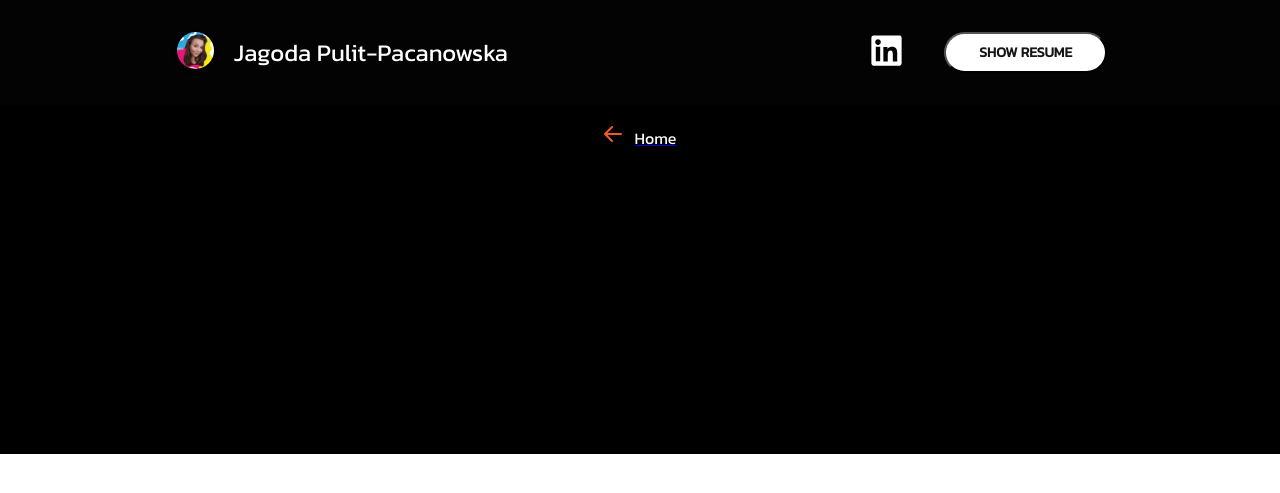
Repository: remigiuszpulit/ux-ui-portfolio
Page: /dimarkit
These files come from the project's save history. The page is drawn as it stood at one moment and after the next save; the edit follows.
The browser window is 1280 px wide. The pictures show the whole page.
The project was rebuilt for these pictures with package versions that can differ from the ones it lists, and the page was loaded fresh each time. Also part of the build but not shown: src/components/Card.js, src/pages/index.js.

Above is the page before, as saved 2022-10-03 20:04:49.

### public/index.html
<!DOCTYPE html>
<html lang="en">
  <head>
    <meta charset="utf-8" />
    <link rel="icon" href="%PUBLIC_URL%/avatar.svg" />
    <meta name="viewport" content="width=device-width, initial-scale=1" />
    <meta name="theme-color" content="#000000" />
    <meta
      name="description"
      content="Web site created using create-react-app"
    />
    <link rel="apple-touch-icon" href="%PUBLIC_URL%/avatar.svg" />
    <!--
      manifest.json provides metadata used when your web app is installed on a
      user's mobile device or desktop. See https://developers.google.com/web/fundamentals/web-app-manifest/
    -->
    <link rel="manifest" href="%PUBLIC_URL%/manifest.json" />
    <!--
      Notice the use of %PUBLIC_URL% in the tags above.
      It will be replaced with the URL of the `public` folder during the build.
      Only files inside the `public` folder can be referenced from the HTML.

      Unlike "/favicon.ico" or "favicon.ico", "%PUBLIC_URL%/favicon.ico" will
      work correctly both with client-side routing and a non-root public URL.
      Learn how to configure a non-root public URL by running `npm run build`.
    -->
    <title>Jagoda Pulit UX/UI Portfolio</title>
  </head>
  <body>
    <noscript>You need to enable JavaScript to run this app.</noscript>
    <div id="root"></div>
    <!--
      This HTML file is a template.
      If you open it directly in the browser, you will see an empty page.

      You can add webfonts, meta tags, or analytics to this file.
      The build step will place the bundled scripts into the <body> tag.

      To begin the development, run `npm start` or `yarn start`.
      To create a production bundle, use `npm run build` or `yarn build`.
    -->
  </body>
</html>

### src/index.js
import React from "react";
import ReactDOM from "react-dom/client";
import "./index.css";
import App from "./App";
import reportWebVitals from "./reportWebVitals";

const root = ReactDOM.createRoot(document.getElementById("root"));
root.render(
  // <React.StrictMode>
  <App />
  // </React.StrictMode> */
);

// If you want to start measuring performance in your app, pass a function
// to log results (for example: reportWebVitals(console.log))
// or send to an analytics endpoint. Learn more: https://bit.ly/CRA-vitals
reportWebVitals();

### src/App.js
import { BrowserRouter, Routes, Route, useLocation } from "react-router-dom";
import Navbar from "./components/Navbar";
import GlobalStyle from "./globalStyles";
import Index from "./pages";
import Dimark from "./pages/dimark";

function App() {
  return (
    <>
      <GlobalStyle />
      <BrowserRouter>
        <Navbar />
        <Routes>
          <Route path="/" element={<Index />} />
          <Route path="/dimarkit" element={<Dimark />} />
        </Routes>
      </BrowserRouter>
    </>
  );
}

export default App;

### src/components/Navbar.js
import React from "react";
import styled from "styled-components";
import avatar from "../static/avatar.svg";
import LinkedinIcon from "../static/LinkedinIcon.svg";
import LinkedinIconWhite from "../static/LinkedinIconWhite.svg";
import "@fontsource/kanit";
import { useLocation } from "react-router-dom";

function Navbar() {
  const location = useLocation();
  const isLight = location.pathname != "/";
  return (
    <NavContainer>
      <NavWrapper>
        <ItemsWrapper>
          <img src={avatar} alt="Avatar" />
          <LogoText isLight={isLight}>Jagoda Pulit-Pacanowska</LogoText>
        </ItemsWrapper>
        <ItemsWrapper>
          <a
            href="https://www.linkedin.com/in/jagoda-pulit/"
            target={"_blank"}
            rel="noreferrer"
          >
            <img
              src={isLight ? LinkedinIconWhite : LinkedinIcon}
              alt="LinkedinIcon"
            />
          </a>
          <ResumeButton isLight={isLight}>
            <ResumeButtonText isLight={isLight}>show resume</ResumeButtonText>
          </ResumeButton>
        </ItemsWrapper>
      </NavWrapper>
    </NavContainer>
  );
}

export default Navbar;

const NavContainer = styled.nav`
  height: 105px;
  background: rgba(232, 228, 222, 0.01);
  backdrop-filter: blur(3px);
  position: fixed;
  display: flex;
  width: 100%;
  justify-content: center;
`;

const NavWrapper = styled.div`
  width: 73%;
  display: flex;
  justify-content: center;
  align-items: center;
  flex-direction: column;
  @media (min-width: 768px) {
    justify-content: space-between;
    flex-direction: row;
    width: 73%;
  }
`;
const ItemsWrapper = styled.div`
  display: flex;
  align-items: center;
`;
const LogoText = styled.h3`
  margin-left: 16px;
  font-family: "Kanit";
  font-style: normal;
  font-weight: 500;
  font-size: 16px;
  @media (min-width: 768px) {
    font-size: 24px;
  }
  line-height: 124%;
  color: #161616;
  ${({ isLight }) =>
    isLight &&
    `
    color: white;
  `}
`;

const ResumeButton = styled.button`
  display: flex;
  flex-direction: row;
  width: 163px;
  height: 41px;
  justify-content: center;
  margin-left: 42px;
  align-items: center;
  padding: 10px;
  background: #161616;
  border-radius: 159px;
  ${({ isLight }) =>
    isLight &&
    `
    background: white;
  `}
`;

const ResumeButtonText = styled.h4`
  font-family: "Kanit";
  font-style: normal;
  font-weight: 600;
  font-size: 14px;
  line-height: 21px;
  /* identical to box height */

  text-transform: uppercase;

  color: #ffffff;

  /* Inside auto layout */
  ${({ isLight }) =>
    isLight &&
    `
    color: #161616;
  `}

  flex: none;
  order: 0;
  flex-grow: 0;
`;

### src/globalStyles.js
import { createGlobalStyle } from "styled-components";

const GlobalStyle = createGlobalStyle`
  body {
    margin: 0;
    padding: 0;
  }
`;

export default GlobalStyle;

### src/pages/dimark.js
import React from "react";
import PageHead from "../components/PageHead";
import styled from "styled-components";

function Dimark(props) {
  return <PageHead color={"#F05A28"} />;
}

export default Dimark;
const Page = styled.div`
  display: flex;
  justify-content: center;
`;

### src/components/PageHead.js
import React from "react";
import { Link } from "react-router-dom";
import styled from "styled-components";
import ArrowLeft from "./ArrowLeft";

function PageHead({ color, logo, head, par }) {
  return (
    <Container>
      <Wrapper>
        <BackLink to={"/"}>
          <ArrowLeft color={color} />
          <BackLinkText>Home</BackLinkText>
        </BackLink>
      </Wrapper>
    </Container>
  );
}

export default PageHead;

const Container = styled.div`
  display: flex;
  justify-content: center;
  height: 349px;
  background-color: black;
  padding-top: 150px;
  @media (min-width: 768px) {
    padding-top: 105px;
  }
`;

const Wrapper = styled.div`
  padding-top: 21px;
  width: 73%;
  display: flex;
  flex-direction: column;
`;

const BackLink = styled(Link)`
  display: flex;
  justify-content: center;
`;

const BackLinkText = styled.span`
  font-family: "Kanit";
  font-style: normal;
  font-weight: 300;
  font-size: 16px;
  line-height: 24px;
  margin-left: 13px;
  /* identical to box height */

  color: #ffffff;
`;

### src/components/ArrowLeft.js
import React from "react";

function ArrowLeft({ color }) {
  return (
    <svg
      width="18"
      height="16"
      viewBox="0 0 18 16"
      fill="none"
      xmlns="http://www.w3.org/2000/svg"
    >
      <path
        d="M1 8L17 8M8 1L1 8L8 15"
        stroke={`${color}`}
        stroke-width="2"
        stroke-linecap="round"
        stroke-linejoin="round"
      />
    </svg>
  );
}

export default ArrowLeft;

Loaded but not shown: src/index.css (common file); src/reportWebVitals.js (common file)

After the next save:
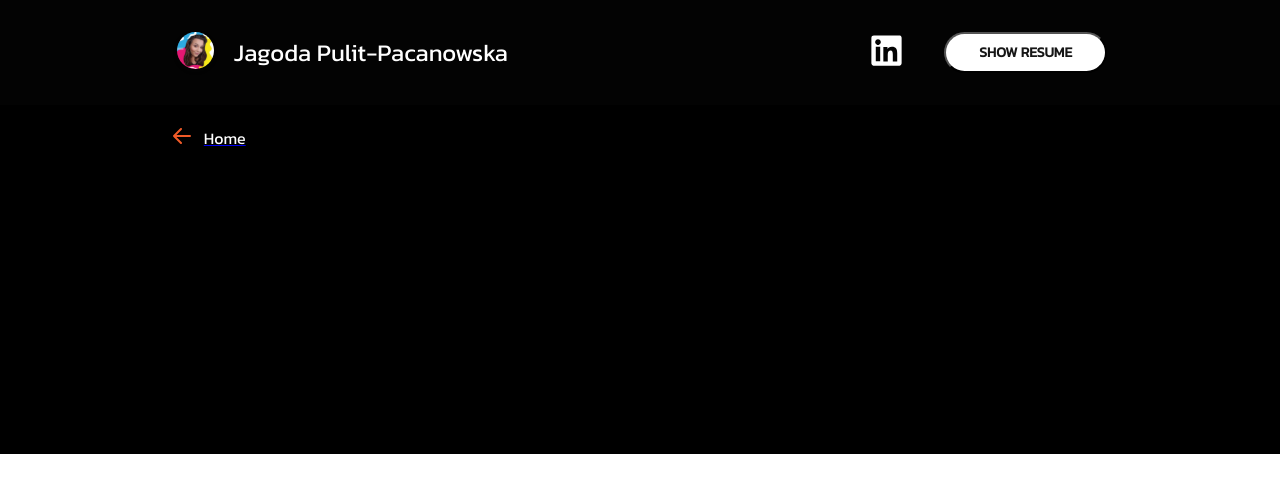
Saved 9 s later.
--- a/src/components/PageHead.js
+++ b/src/components/PageHead.js
@@ -38,7 +38,7 @@
 
 const BackLink = styled(Link)`
   display: flex;
-  justify-content: center;
+  align-items: baseline;
 `;
 
 const BackLinkText = styled.span`
